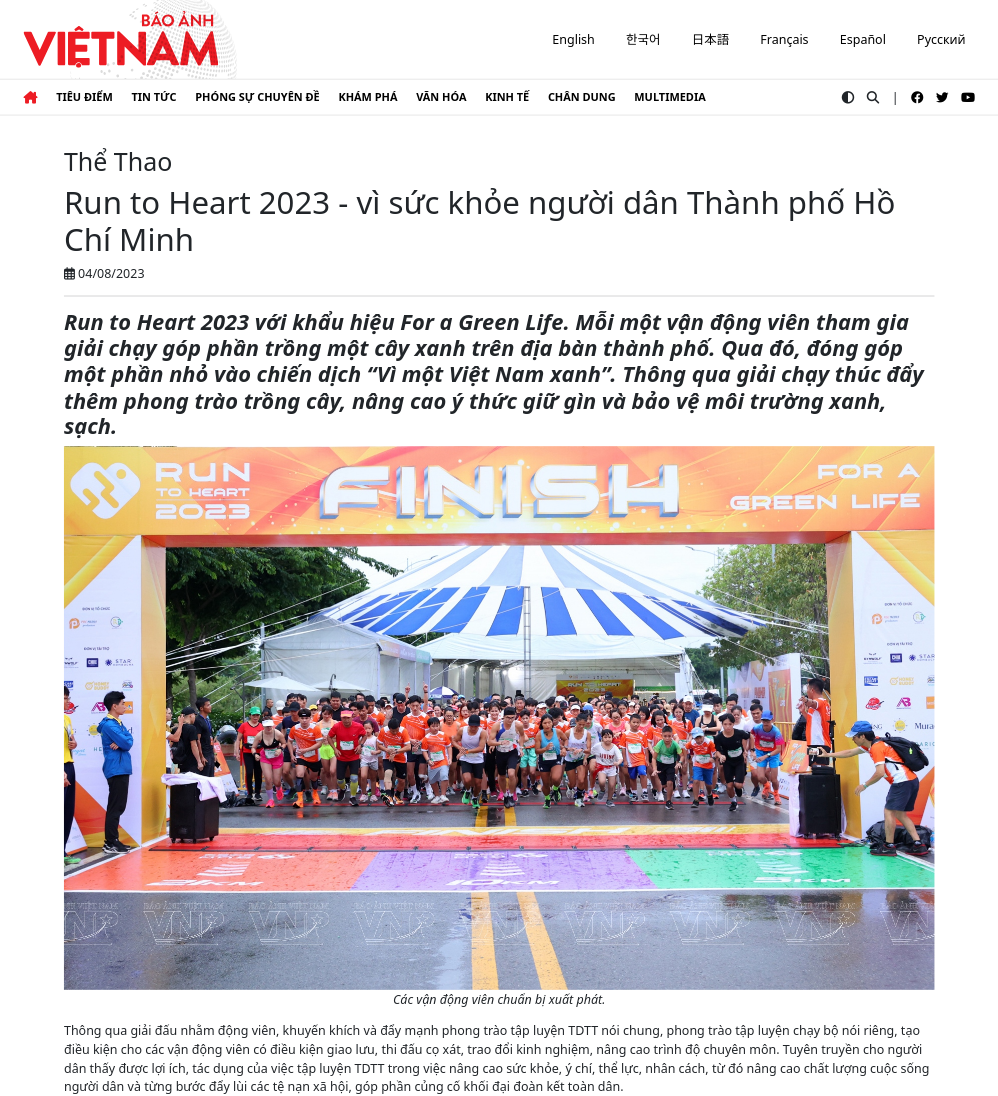
Repository: kietdotshp/webtintuc
Page: Detail.html
An editor plug-in stored every save of this project. The page is shown before and after the next save, followed by the edit.
The browser window is 1280 px wide. The pictures show the whole page, at 78% of full size.
Some web libraries are served in a nearby version.

Above is the page before, as saved 2023-08-10 16:21:31.

### Detail.html
<!DOCTYPE html>
<html lang="en">

<head>
    <title></title>
    <meta charset="UTF-8">
    <meta name="viewport" content="width=device-width, initial-scale=1">
    <link href="assets/css/detail.css" rel="stylesheet">
    <link href="https://cdn.jsdelivr.net/npm/bootstrap@5.3.1/dist/css/bootstrap.min.css" rel="stylesheet"
        integrity="sha384-4bw+/aepP/YC94hEpVNVgiZdgIC5+VKNBQNGCHeKRQN+PtmoHDEXuppvnDJzQIu9" crossorigin="anonymous">
    <link href="https://cdn.jsdelivr.net/npm/bootstrap@5.3.1/dist/css/bootstrap.min.css" rel="stylesheet"
        integrity="sha384-4bw+/aepP/YC94hEpVNVgiZdgIC5+VKNBQNGCHeKRQN+PtmoHDEXuppvnDJzQIu9" crossorigin="anonymous" />
    <script src="https://cdn.jsdelivr.net/npm/bootstrap@5.3.1/dist/js/bootstrap.bundle.min.js"></script>
    <script src="https://kit.fontawesome.com/a076d05399.js"></script>
    <link rel="stylesheet" href="https://cdnjs.cloudflare.com/ajax/libs/font-awesome/6.4.2/css/all.min.css"
        integrity="sha512-z3gLpd7yknf1YoNbCzqRKc4qyor8gaKU1qmn+CShxbuBusANI9QpRohGBreCFkKxLhei6S9CQXFEbbKuqLg0DA=="
        crossorigin="anonymous" referrerpolicy="no-referrer" />

    <link rel="stylesheet" href="https://cdnjs.cloudflare.com/ajax/libs/font-awesome/4.7.0/css/font-awesome.min.css" />
</head>

<header>
    <div class="container-custom">
        <section class="d-flex align-items-center justify-content-between">
            <!-- Web logo -->
            <figure class="web-logo">
                <img src="./assets/images/logo-vi.svg" alt="Logo" class="img-contain" />
            </figure>

            <div class="d-none d-lg-flex align-items-center gap-3">
                <a href="javascript:void(0)" class="choose-lang">English</a>
                <a href="javascript:void(0)" class="choose-lang">한국어</a>
                <a href="javascript:void(0)" class="choose-lang">日本語</a>
                <a href="javascript:void(0)" class="choose-lang">Français</a>
                <a href="javascript:void(0)" class="choose-lang">Español</a>
                <a href="javascript:void(0)" class="choose-lang">Русский</a>
            </div>

            <a class="mobile-menu d-lg-none" href="javascript:void(0)">
                <i class="fa-solid fa-bars-staggered fs-2"></i>
            </a>
        </section>
    </div>

    <div class="line-seperate-horizontal"></div>

    <div class="container-custom">
        <section class="d-flex align-items-center justify-content-between py-3 py-lg-0">
            <div class="d-flex align-items-center gap-4 gap-xxl-5">
                <a href="javascript:void(0)">
                    <i class="fa-solid fa-house-chimney color-primary"></i>
                </a>

                <div class="d-none d-lg-flex align-items-center gap-4 gap-xxl-5">
                    <a href="javascript:void(0)" class="menu-item">Tiêu điểm</a>
                    <a href="javascript:void(0)" class="menu-item">Tin tức</a>
                    <a href="javascript:void(0)" class="menu-item">Phóng sự chuyên đề</a>
                    <a href="javascript:void(0)" class="menu-item">Khám phá</a>
                    <a href="javascript:void(0)" class="menu-item">Văn hóa</a>
                    <a href="javascript:void(0)" class="menu-item">Kinh tế</a>
                    <a href="javascript:void(0)" class="menu-item">Chân dung</a>
                    <a href="javascript:void(0)" class="menu-item">Multimedia</a>
                </div>
            </div>

            <div class="d-flex align-items-center gap-3">
                <div class="d-flex align-items-center gap-3">
                    <div class="cursor-pointer">
                        <i class="fa-solid fa-circle-half-stroke"></i>
                    </div>
                    <div class="cursor-pointer">
                        <i class="fa-solid fa-magnifying-glass"></i>
                    </div>
                </div>

                <div class="d-lg-none d-xl-block">|</div>

                <div class="d-lg-none d-xl-flex align-items-center gap-3">
                    <a href="javascript:void(0)">
                        <i class="fa-brands fa-facebook-f"></i>
                    </a>
                    <a href="javascript:void(0)">
                        <i class="fa-brands fa-twitter"></i>
                    </a>
                    <a href="javascript:void(0)">
                        <i class="fa-brands fa-youtube"></i>
                    </a>
                </div>
            </div>
        </section>
    </div>
</header>
<div class="line-seperate-horizontal"></div>

<body>
    <div class="container">
        <div class="detailmenu">
            <h2>
                <link href="#" target="kiểu mở liên kết">Thể Thao</link>
            </h2>
            <h1>Run to Heart 2023 - vì sức khỏe người dân Thành phố Hồ Chí Minh</h1>
            <div class="timeline">
                <time>
                    <i class="fa-regular fa-calendar"></i>
                    04/08/2023
                </time>
            </div>
            <hr />
        </div>
        <div>
            <h3>
                <span class="title">Run to Heart 2023 với khẩu hiệu For a Green Life.
                    Mỗi một vận động viên tham gia giải chạy góp phần trồng một cây xanh trên địa bàn thành phố.
                    Qua đó, đóng góp một phần nhỏ vào chiến dịch “Vì một Việt Nam xanh”. Thông qua giải chạy thúc đẩy
                    thêm phong trào trồng cây, nâng cao ý thức giữ gìn và bảo vệ môi trường xanh, sạch.
                </span>
            </h3>
            <img src="assets/images/detail1.jpg">
            <p style="color:darkbluel;text-align:center;font-style:italic;">Các vận động viên chuẩn bị xuất phát.
            </p>
            <div class="content1">Thông qua giải đấu nhằm động viên, khuyến khích và đẩy mạnh phong trào tập luyện TDTT nói chung, phong trào tập luyện chạy bộ nói riêng, tạo điều kiện cho các vận động viên có điều kiện giao lưu, thi đấu cọ xát, trao đổi kinh nghiệm, nâng cao trình độ chuyên môn.

                Tuyên truyền cho người dân thấy được lợi ích, tác dụng của việc tập luyện TDTT trong việc nâng cao sức khỏe, ý chí, thể lực, nhân cách, từ đó nâng cao chất lượng cuộc sống người dân và từng bước đẩy lùi các tệ nạn xã hội, góp phần củng cố khối đại đoàn kết toàn dân.
            </div>
        </div>

    </div>
</body>

</html>

### assets/css/detail.css
:root {
    --main-color: #333;
    --main-red-color: #ed1c24;
    --main-white-color: #fff;
    --main-blue-color-1: #b8dcf3;
    --main-blue-color-2: #467491;
    --main-grey-color-1: #666;
    --main-grey-color-2: #888;
    --main-grey-color-3: #f0f0f0;
    --main-border-color: #e0e0e0;
  }

  /* Common */
  .body {
    display: flex;
    flex-direction: column;
    min-height: 100vh;
    font-size: 16px;
    color: var(--main-color);
    font-family: 'Roboto-Regular', sans-serif;
  }

  .img-cover {
    width: 100%;
    height: 100%;
    object-fit: cover;
  }

  .img-contain {
    width: 100%;
    height: 100%;
    object-fit: contain;
  }

  img {
    max-width: 100%;
    max-height: 100%;
  }

  a {
    text-decoration: none !important;
    color: initial !important;
  }

  .color-primary {
    color: var(--main-red-color);
  }

  .cursor-pointer {
    cursor: pointer;
  }

  .container-custom {
    max-width: 1400px;
    padding-inline: 15px;
    margin: 0 auto;

    @media (min-width: 768px) {
      padding-inline: 30px;
    }
  }

  .text-line-clamp-2 {
    display: -webkit-box;
    -webkit-line-clamp: 2;
    -webkit-box-orient: vertical;
    overflow: hidden;
  }

  .text-line-clamp-3 {
    display: -webkit-box;
    -webkit-line-clamp: 3;
    -webkit-box-orient: vertical;
    overflow: hidden;
  }

  .image-padding-top {
    position: relative;
    padding-top: 56.25%;
  }

  /* Header css */
  .web-logo {
    position: relative;
    padding-block: 14px;
    margin-bottom: 0;
    width: 150px;

    @media (min-width: 992px) {
      width: 250px;
    }
  }

  .web-logo::after {
    content: '';
    background: url('../images/earth-digital.svg') no-repeat;
    width: 100%;
    height: 100%;
    opacity: 0.2;
    position: absolute;
    right: -60px;
    top: 0;
  }

  .choose-lang {
    border-radius: 9999px;
    padding: 6px 12px;
  }

  .choose-lang:hover {
    background-color: var(--main-border-color);
  }

  .line-seperate-horizontal {
    width: 100%;
    height: 1px;
    background-color: #e0e0e0;
  }

  .line-seperate-vertical {
    width: 1px;
    height: 100%;
    background-color: #e0e0e0;
    margin: 0 auto;
  }

  .menu-item {
    text-transform: uppercase;
    font-weight: 700;
    font-size: 14px;
    position: relative;
    padding-block: 12px;
    white-space: nowrap;
  }

  .menu-item::before {
    content: '';
    position: absolute;
    top: -1px;
    left: 50%;
    right: 50%;
    transform: translate(-50%, 0);
    width: 0;
    height: 2px;
    background: var(--main-red-color);
    transition: all 0.2s linear;
  }

  .menu-item:hover:before {
    width: 100%;
  }

  /* Carousel */
  .carousel-item {
    position: absolute !important;
    top: 0;
    left: 0;
    width: 100%;
    height: 100%;
  }

  .carousel-control-next,
  .carousel-control-prev {
    width: 10% !important;
  }

  .carousel-control-prev,
  .carousel-control-next {
    opacity: 0 !important;
  }

  .carousel:hover .carousel-control-prev,
  .carousel:hover .carousel-control-next {
    transition: all 0.3s linear;
    opacity: 1 !important;
  }

  /* Main */
  .content {
    border: 1px solid var(--main-border-color);
    padding: 20px;
  }

  .content-spacing {
    margin-block: 40px;
  }

  .content-title {
    display: inline-block;
    color: var(--main-red-color);
    line-height: 26px;
    font-size: 26px;
    font-weight: 600;
    margin-bottom: 20px;
  }

  .article-title {
    font-size: 22px;
    font-weight: 600;
  }

  .article-title.sub {
    font-size: 16px;
  }

  .article-category {
    text-transform: uppercase;
    font-size: 12px;
    color: var(--main-grey-color-2);
  }

  .content-ul-list {
    padding-left: 20px;
    margin-bottom: 0;
    max-height: 480px;
    overflow: auto;
  }

  .content-ul-list li::marker {
    color: var(--main-red-color);
  }

  /* Spacing */
  .mb-10px {
    margin-bottom: 10px;
  }

  .max-w-40px {
    max-width: 40px !important;
  }
  .h2{
    color: var(--main-red-color);
  }
  .detailmenu{
    margin-top: 40px;
  }
  .title{
    font-weight: 700;
    font-style:italic;
  }
  .content{
    font-size:24px;
  }

After the next save:
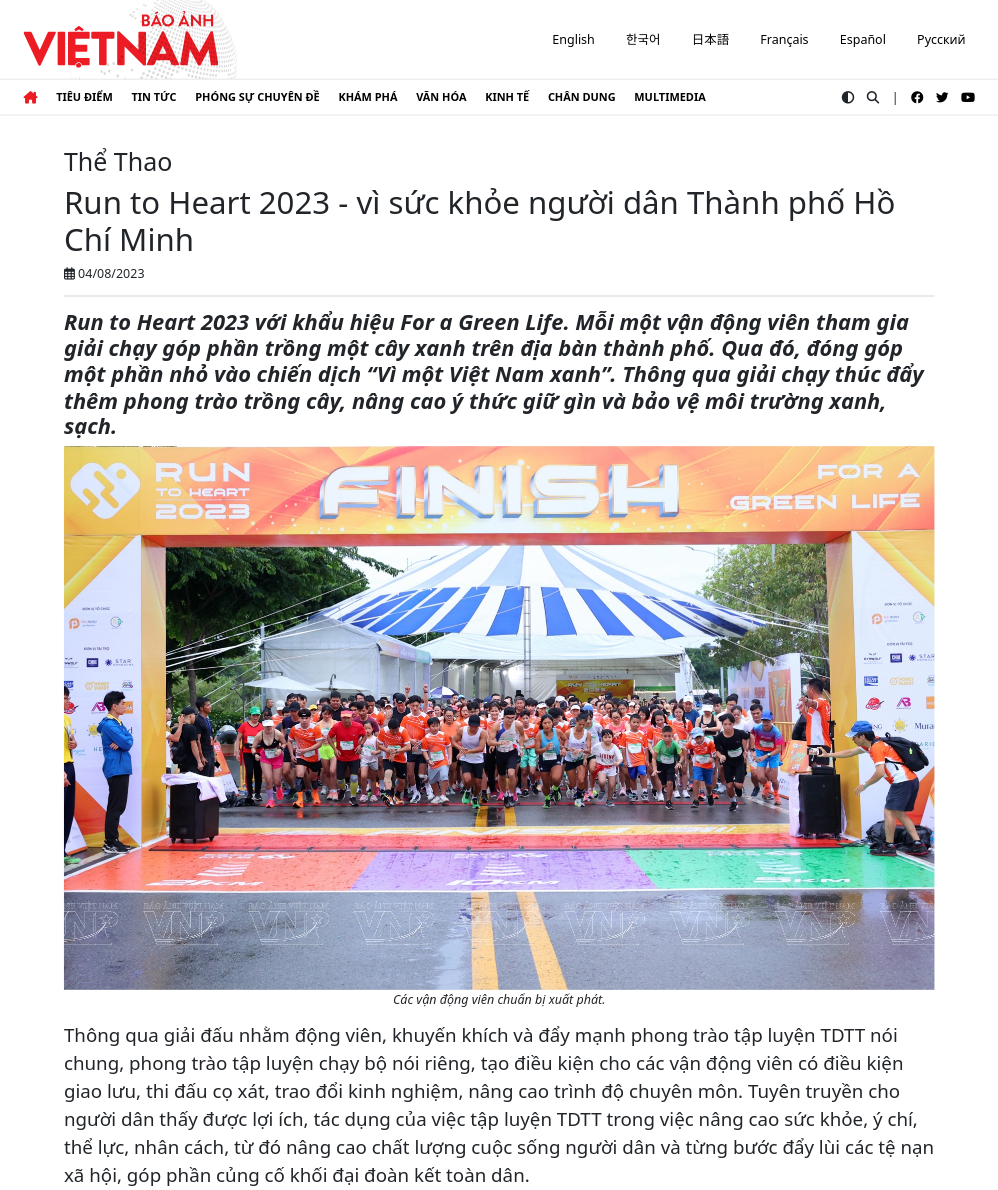
Saved 3 s later.
--- a/assets/css/detail.css
+++ b/assets/css/detail.css
@@ -238,6 +238,6 @@
     font-weight: 700;
     font-style:italic;
   }
-  .content{
+  .content1{
     font-size:24px;
   }
